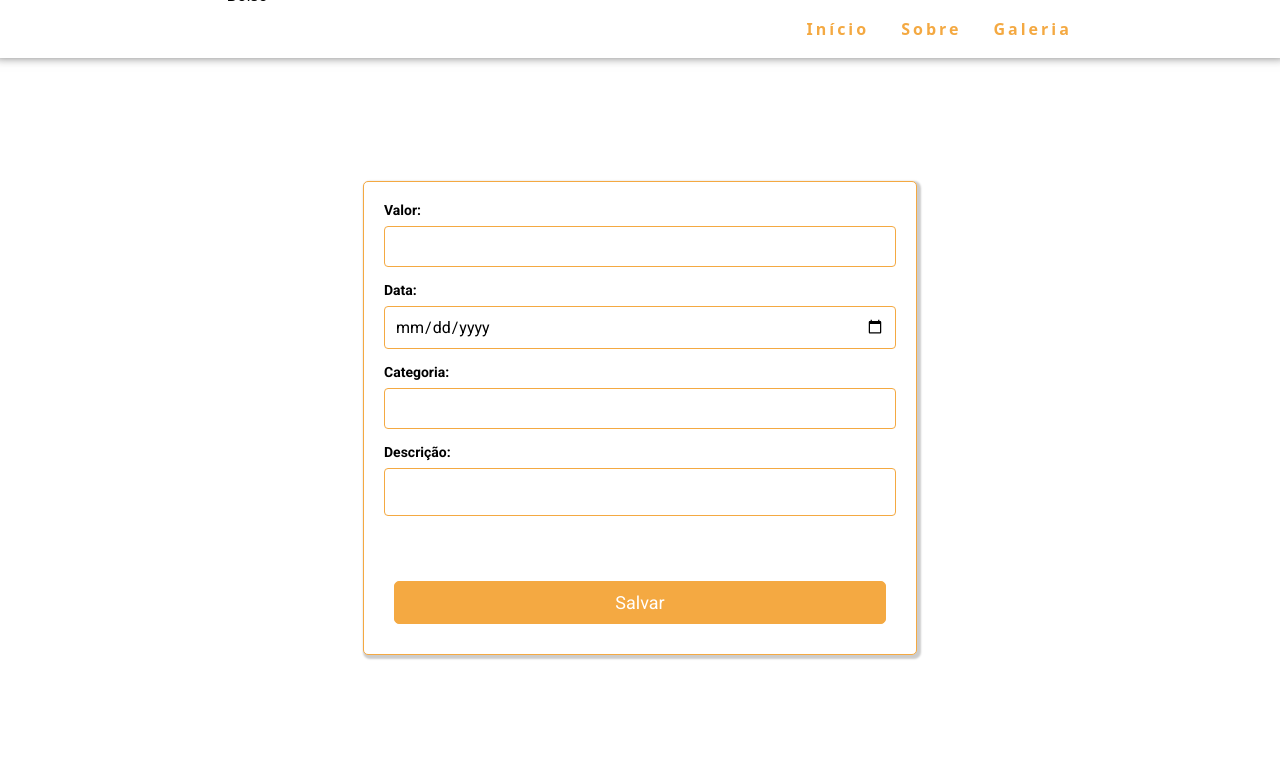
Repository: alexsanderkafka/java-servlets
Page: http://localhost/SaveMoney/cadastrarDespesa.jsp
An editor plug-in stored every save of this project. The page is shown before and after the next save, followed by the edit.
The browser window is 1280 px wide. The pictures show the whole page.
The page is served by Tomcat 9. Nobody is signed in. The application's start-up code is not run.

Above is the page before, as saved 2024-10-03 13:19:11.

After the next save:
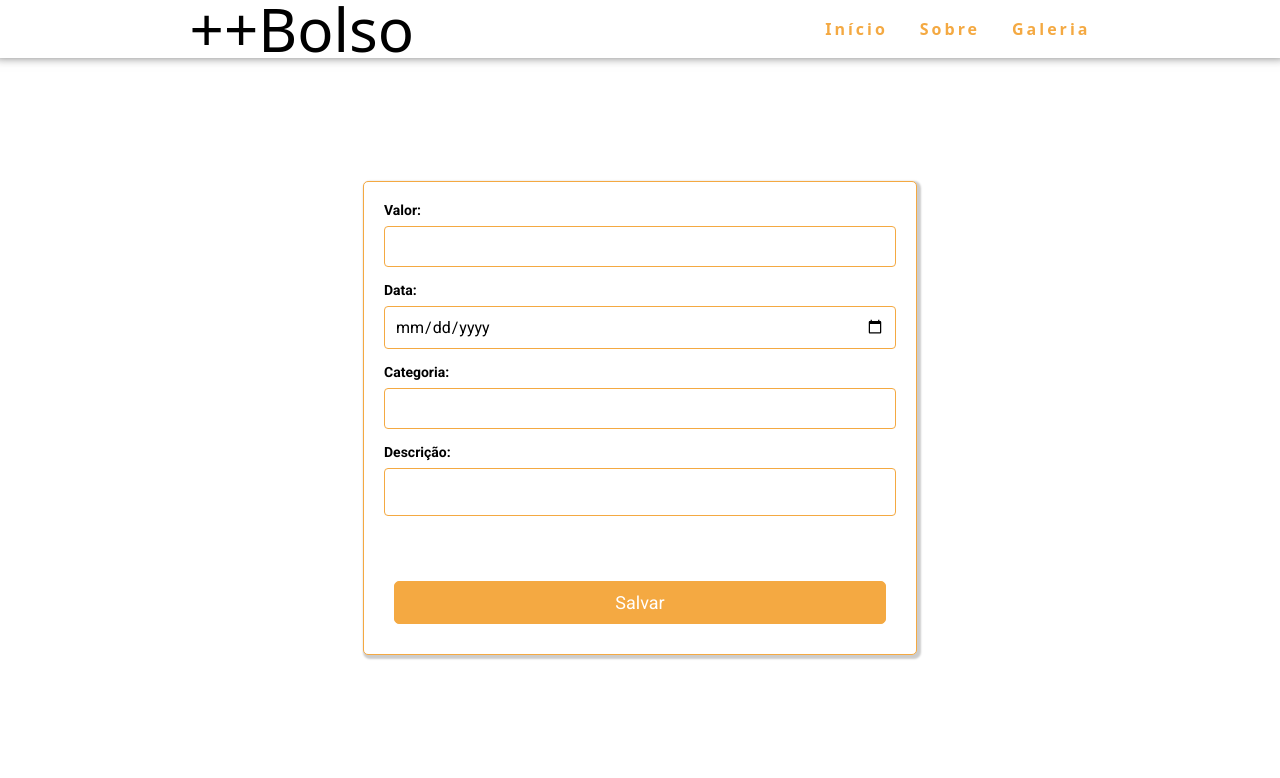
Saved 13 s later.
--- a/SaveMoney/src/main/webapp/styles/style.css
+++ b/SaveMoney/src/main/webapp/styles/style.css
@@ -37,9 +37,7 @@ header{
 }
 
 .logo h1{
-    margin-top: 60px;
-    width: 150px;
-    height: 150px;
+    font-size: 60px;
 }
 
 nav{
